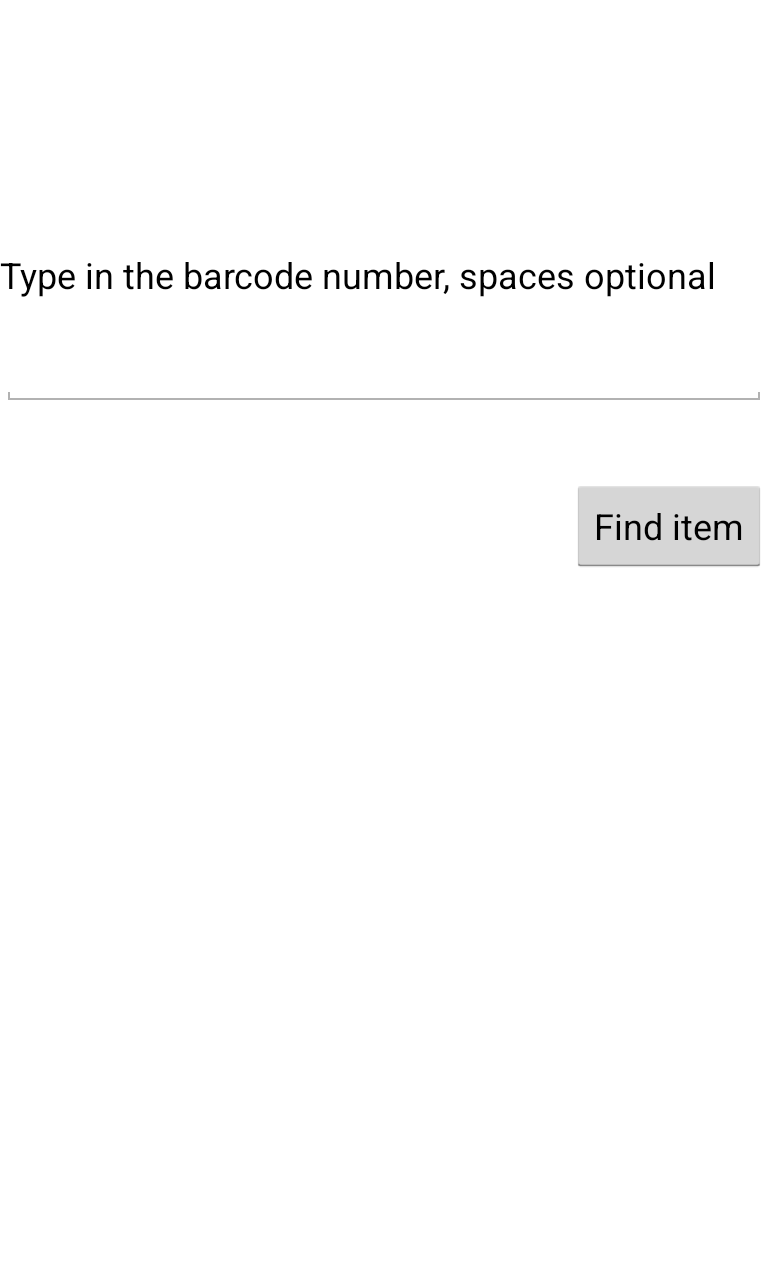
Repository: harvard-lil/wtwba-android-app
Layout: wtwba/res/layout/activity_type_barcode.xml
An editor plug-in stored every save of this project. The layout is shown before and after the next save, followed by the edit.
It is drawn on a 768 x 1280 px phone screen (xhdpi) without system bars, with theme AppTheme; the app's code is not run.

Above is the layout before, as saved 2013-03-20 16:36:00.

### wtwba/res/layout/activity_type_barcode.xml
<?xml version="1.0" encoding="utf-8"?>

<LinearLayout xmlns:android="http://schemas.android.com/apk/res/android"
    xmlns:tools="http://schemas.android.com/tools"
    android:layout_width="match_parent"
    android:layout_height="match_parent"
    android:layout_margin="15dip"
    android:orientation="vertical"
    >
    <!--  ios background is b4e8ff -->
    <ImageView
            android:id="@+id/barcode_example"
            android:layout_width="250dp"
            android:layout_marginTop="15dip"
        	android:layout_marginBottom="15dip"
            android:layout_height="80dp"
            android:layout_gravity="center"
        	/>

    <TextView
        android:layout_width="fill_parent"
        android:layout_height="wrap_content"
        android:layout_marginTop="15dip"
        android:layout_marginBottom="15dip"
        android:textAppearance="?android:attr/textAppearanceMedium"
        android:text="@string/type_barcode_instructions"
         />

    <EditText android:id="@+id/barcode"
        android:layout_width="fill_parent"
        android:layout_height="wrap_content"
        android:layout_marginBottom="35dip"
        android:layout_gravity="right"
        android:textColor="#9900FF"

        android:inputType="text" />

    <Button
        android:layout_width="wrap_content"
        android:layout_height="wrap_content"
        android:layout_gravity="right"
        android:text="@string/button_type"
        android:onClick="submitBarcode" />
</LinearLayout>

### wtwba/res/values/strings.xml
<?xml version="1.0" encoding="utf-8"?>
<resources>

    <string name="app_name">wtwba</string>
    <string name="main_activity_title">Where the Wild Books Are</string>
    <string name="activity_item_details_title">Wild Books</string>
    <string name="activity_scan_title">Wild Books</string>
    <string name="activity_manage_user_title">Manage user key</string>
    <string name="activity_type_barcode_title">Add item using fingers</string>
    <string name="activity_location_title">Select your current location</string>
    <string name="item_found_title">Yeehaw! We added your item</string>
    <string name="scan_error_title">Something went wrong</string>
    <string name="user_name_box_label">Enter your assigned user key</string>
    <string name="edit_message">Enter a message</string>
    <string name="loading_message">Loading</string>


    <string name="button_confirm_delete">Delete from list</string>
    <string name="button_scan_item">Scan barcode</string>
    <string name="button_key_item">Type barcode</string>
    <string name="activity_delete_title">Delete from list</string>

    <string name="button_scan">Scan</string>
    <string name="button_type">Find item</string>
    <string name="button_item_confrim">Return home</string>
    <string name="button_add">Add to list</string>
    <string name="button_save_user_name">Save user key</string>
    <string name="menu_settings">Settings</string>
    <string name="scan_error">Something went wrong when when I tried to add the item. Sorry. Can you give it a try again?</string>
    <string name="title_activity_main">MainActivity</string>
    <string name="type_barcode_instructions">Type in the barcode number, spaces optional</string>
    <string name="hello_world">Hello world!</string>
    <string name="title_holder">Sample Title Here</string>
    <string name="connection_error">Unable to connect to network</string>
    <string name="title_activity_display_message">DisplayMessageActivity</string>
    <string name="empty_list">You haven\'t added any items.</string>

</resources>

Loaded but not shown: wtwba/res/values-v11/styles.xml (common file); wtwba/res/values-v14/styles.xml (common file); wtwba/res/values/styles.xml (common file)

After the next save:
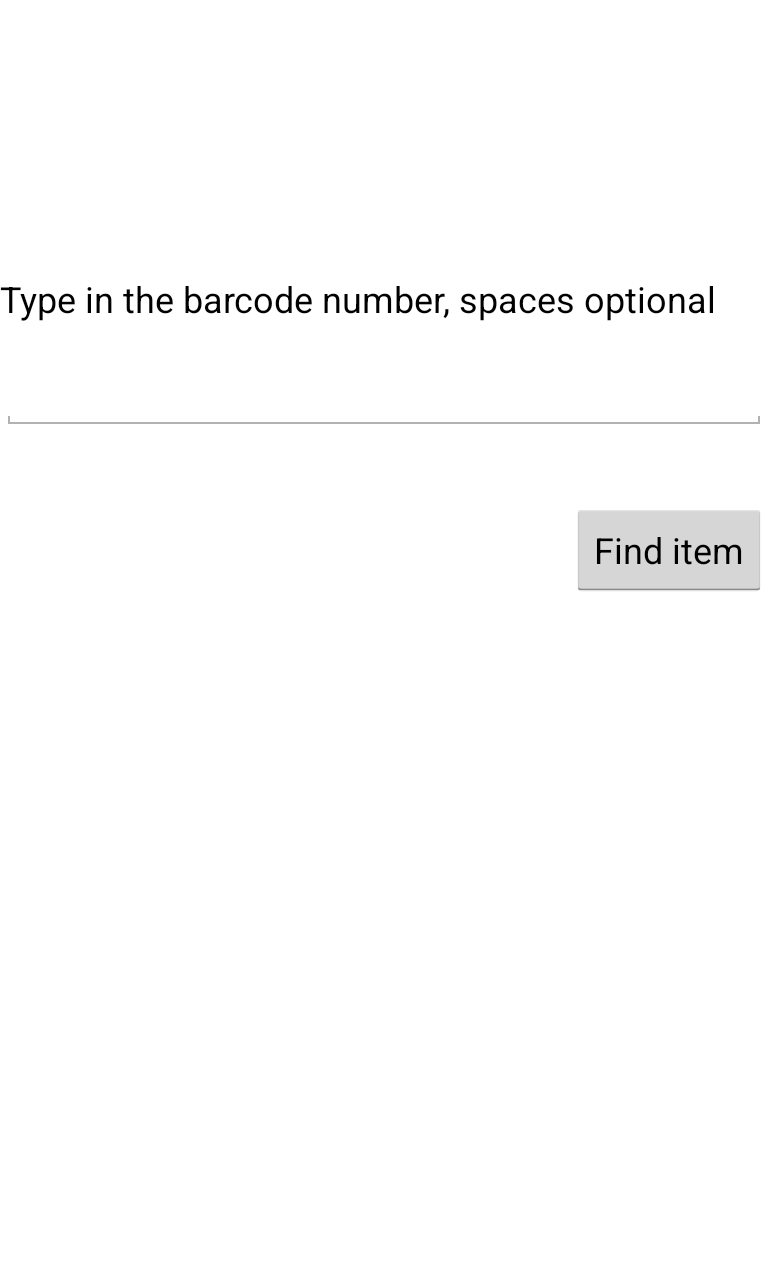
Saved 35 s later.
--- a/wtwba/res/layout/activity_type_barcode.xml
+++ b/wtwba/res/layout/activity_type_barcode.xml
@@ -10,10 +10,10 @@
     <!--  ios background is b4e8ff -->
     <ImageView
             android:id="@+id/barcode_example"
-            android:layout_width="250dp"
+            android:layout_width="280dp"
             android:layout_marginTop="15dip"
         	android:layout_marginBottom="15dip"
-            android:layout_height="80dp"
+            android:layout_height="92dp"
             android:layout_gravity="center"
         	/>
 
